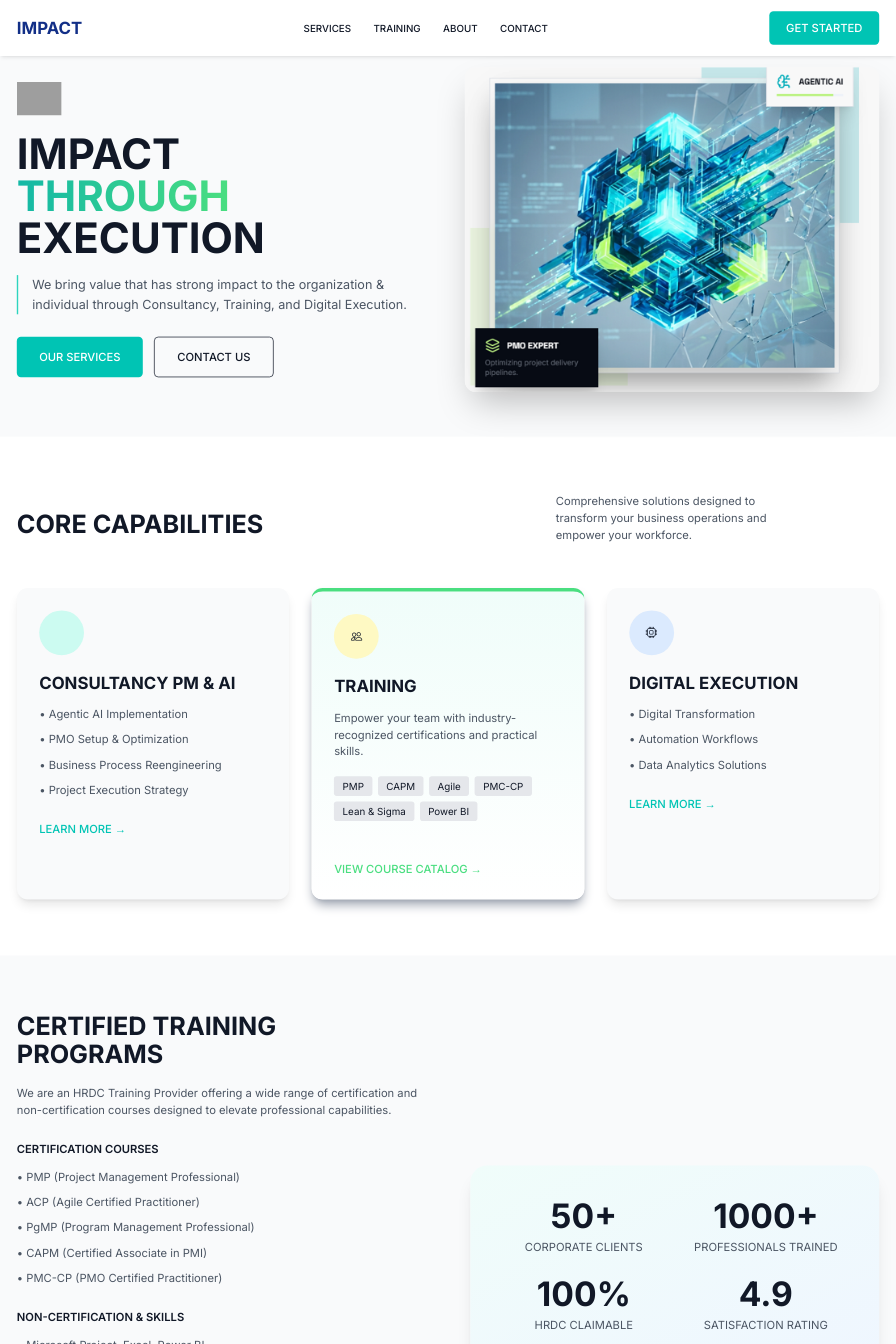
Repository: hsuntariq/web-pages
Page: impact/index.html
The author's editor kept a copy of each file at every save. The page is drawn from the files as they stood at one save, then again after the next save.
The browser window is 1280 px wide. The pictures show the part of the page from y = 0 to 1920 px (the page is 4097 px tall), at 70% of full size.
Pictures or frames that could not be fetched are drawn as grey boxes. Some web libraries are served in a nearby version.

Above is the page before, as saved 2025-12-28 20:29:42.

### impact/index.html
<!DOCTYPE html>
<html lang="en" class="scroll-smooth">
  <head>
    <meta charset="UTF-8" />
    <meta name="viewport" content="width=device-width, initial-scale=1.0" />
    <title>
      Impact Through Execution – HRDC Certified Training Provider Malaysia
    </title>
    <meta
      name="description"
      content="HRDC certified training provider offering PMP, CAPM, Agile, AI in PM, and digital transformation courses in Malaysia. Consultancy, corporate training, and execution solutions."
    />
    <link
      rel="stylesheet"
      href="https://cdn.jsdelivr.net/npm/bootstrap-icons@1.13.1/font/bootstrap-icons.min.css"
    />
    <script src="https://cdn.tailwindcss.com"></script>
    <script>
      tailwind.config = {
        theme: {
          extend: {
            colors: {
              primary: "#00C4B4", // teal for buttons
              accent: "#122F87", // dark blue for accents
            },
          },
        },
      };
    </script>
    <link
      href="https://fonts.googleapis.com/css2?family=Inter:wght@400;500;600;700;800&display=swap"
      rel="stylesheet"
    />
    <style>
      body {
        font-family: "Inter", sans-serif;
      }
    </style>
  </head>
  <body class="bg-white text-gray-900">
    <!-- Navigation -->
    <header class="fixed top-0 left-0 right-0 bg-white shadow-md z-50">
      <nav
        class="max-w-7xl mx-auto px-6 py-4 flex items-center justify-between"
      >
        <div class="text-2xl font-bold text-accent">IMPACT</div>
        <div class="hidden md:flex space-x-8 text-sm font-medium">
          <a href="#services" class="hover:text-primary transition">SERVICES</a>
          <a href="#training" class="hover:text-primary transition">TRAINING</a>
          <a href="#about" class="hover:text-primary transition">ABOUT</a>
          <a href="#contact" class="hover:text-primary transition">CONTACT</a>
        </div>
        <a
          href="#"
          class="bg-primary text-white px-6 py-3 rounded-md font-medium hover:bg-primary/90 transition"
          >GET STARTED</a
        >
      </nav>
    </header>

    <!-- Hero Section -->
    <section class="pt-24 pb-16 bg-gray-50">
      <div
        class="max-w-7xl mx-auto px-6 grid lg:grid-cols-2 gap-12 items-center"
      >
        <div>
          <img
            src="https://precisionwellness.my/wp-content/uploads/2025/06/HRDC_Claimable_Registered_Training_Provider_Logos-scaled.webp"
            alt="HRDC Certified Training Provider"
            class="h-12 mb-6"
          />
          <h1
            class="text-5xl md:text-6xl font-bold text-gray-900 leading-tight"
          >
            IMPACT<br />
            <span
              class="bg-gradient-to-r text-transparent from-teal-500 bg-clip-text to-green-400"
            >
              THROUGH
            </span>
            <br />EXECUTION
          </h1>
          <p
            class="text-lg text-gray-600 border border-l-3 border-teal-400 border-2 border-t-0 border-b-0 border-e-0 ps-5 mt-6 mb-8"
          >
            We bring value that has strong impact to the organization &
            individual through Consultancy, Training, and Digital Execution.
          </p>
          <div class="flex flex-col sm:flex-row gap-4">
            <a
              href="#"
              class="bg-primary text-white px-8 py-4 rounded-md font-medium hover:bg-primary/90 transition"
              >OUR SERVICES</a
            >
            <a
              href="#"
              class="border border-gray-900 text-gray-900 px-8 py-4 rounded-md font-medium hover:bg-gray-900 hover:text-white transition"
              >CONTACT US</a
            >
          </div>
        </div>
        <div class="relative">
          <img
            src="./hero.PNG"
            alt="Agentic AI transforming project management"
            class="rounded-2xl shadow-2xl w-full"
          />
          <!-- <div
            class="absolute top-4 right-4 bg-black text-white px-4 py-2 rounded-md text-sm font-medium"
          >
            AGENTIC AI
          </div> -->
          <!-- <div
            class="absolute bottom-4 left-4 bg-black text-white px-6 py-3 rounded-md font-medium"
          >
            PMO EXPERT<br />Delivering project delivery excellence
          </div> -->
        </div>
      </div>
    </section>

    <!-- Core Capabilities -->
    <section class="py-20 bg-white">
      <div class="max-w-7xl mx-auto px-6">
        <div
          class="grid grid-cols-1 md:grid-cols-2 justify-between items-center"
        >
          <h2 class="text-4xl font-bold text-left mb-12">CORE CAPABILITIES</h2>
          <p class="text-left text-gray-600 mb-16 w-full md:w-1/2 mx-auto">
            Comprehensive solutions designed to transform your business
            operations and empower your workforce.
          </p>
        </div>
        <div class="grid grid-cols-1 md:grid-cols-3 gap-8">
          <!-- Consultancy PM & AI -->
          <div class="bg-gray-50 rounded-2xl p-8 shadow-lg">
            <div class="bg-teal-100 w-16 h-16 rounded-full mb-6"></div>
            <h3 class="text-2xl font-bold mb-4">CONSULTANCY PM & AI</h3>
            <ul class="space-y-3 text-gray-600">
              <li>• Agentic AI Implementation</li>
              <li>• PMO Setup & Optimization</li>
              <li>• Business Process Reengineering</li>
              <li>• Project Execution Strategy</li>
            </ul>
            <a
              href="#"
              class="mt-8 inline-block text-primary font-medium hover:underline"
              >LEARN MORE →</a
            >
          </div>
          <!-- Training -->
          <div
            class="bg-gradient-to-b from-teal-50 to-white rounded-2xl shadow-2xl shadow-gray-400 border-e-0 border-s-0 border-b-0 border-[5px] p-8 shadow-lg border border-green-400"
          >
            <div
              class="bg-yellow-100 w-16 flex justify-center items-center h-16 rounded-full mb-6"
            >
              <i class="bi bi-people"></i>
            </div>
            <h3 class="text-2xl font-bold mb-4">TRAINING</h3>
            <p class="text-gray-600 mb-6">
              Empower your team with industry-recognized certifications and
              practical skills.
            </p>
            <div class="flex flex-wrap gap-2 mb-6">
              <span class="bg-gray-200 px-3 py-1 rounded text-sm">PMP</span>
              <span class="bg-gray-200 px-3 py-1 rounded text-sm">CAPM</span>
              <span class="bg-gray-200 px-3 py-1 rounded text-sm">Agile</span>
              <span class="bg-gray-200 px-3 py-1 rounded text-sm">PMC-CP</span>
              <span class="bg-gray-200 px-3 py-1 rounded text-sm"
                >Lean & Sigma</span
              >
              <span class="bg-gray-200 px-3 py-1 rounded text-sm"
                >Power BI</span
              >
            </div>
            <a
              href="#"
              class="mt-8 inline-block text-green-400 font-medium hover:underline"
              >VIEW COURSE CATALOG →</a
            >
          </div>
          <!-- Digital Execution -->
          <div class="bg-gray-50 rounded-2xl p-8 shadow-lg">
            <div
              class="bg-blue-100 w-16 flex justify-center items-center h-16 rounded-full mb-6"
            >
              <i class="bi bi-cpu"></i>
            </div>
            <h3 class="text-2xl font-bold mb-4">DIGITAL EXECUTION</h3>
            <ul class="space-y-3 text-gray-600">
              <li>• Digital Transformation</li>
              <li>• Automation Workflows</li>
              <li>• Data Analytics Solutions</li>
            </ul>
            <a
              href="#"
              class="mt-8 inline-block text-primary font-medium hover:underline"
              >LEARN MORE →</a
            >
          </div>
        </div>
      </div>
    </section>

    <!-- Certified Training Programs -->
    <section class="py-20 bg-gray-50">
      <div
        class="max-w-7xl mx-auto px-6 grid lg:grid-cols-2 gap-16 items-center"
      >
        <div>
          <h2 class="text-4xl font-bold mb-6">CERTIFIED TRAINING PROGRAMS</h2>
          <p class="text-gray-600 mb-8">
            We are an HRDC Training Provider offering a wide range of
            certification and non-certification courses designed to elevate
            professional capabilities.
          </p>
          <div class="space-y-8">
            <div>
              <h4 class="font-semibold mb-4">CERTIFICATION COURSES</h4>
              <ul class="space-y-3 text-gray-600">
                <li>• PMP (Project Management Professional)</li>
                <li>• ACP (Agile Certified Practitioner)</li>
                <li>• PgMP (Program Management Professional)</li>
                <li>• CAPM (Certified Associate in PMI)</li>
                <li>• PMC-CP (PMO Certified Practitioner)</li>
              </ul>
            </div>
            <div>
              <h4 class="font-semibold mb-4">NON-CERTIFICATION & SKILLS</h4>
              <ul class="space-y-3 text-gray-600">
                <li>• Microsoft Project, Excel, Power BI</li>
                <li>• Critical Thinking</li>
                <li>• Agile Methodologies</li>
                <li>• JIRA Administration</li>
                <li>• PMI Essential</li>
                <li>• AI + Agentic AI Automation</li>
                <li>• Lean & Sigma</li>
              </ul>
            </div>
            <a
              href="#"
              class="bg-gray-900 text-white px-8 py-4 rounded-md font-medium hover:bg-gray-800 transition"
              >DOWNLOAD COURSE BROCHURE</a
            >
          </div>
        </div>
        <div
          class="bg-gradient-to-br from-teal-50 to-blue-50 rounded-3xl p-12 shadow-xl"
        >
          <div class="grid grid-cols-2 gap-8 text-center">
            <div>
              <div class="text-5xl font-bold text-gray-900">50+</div>
              <p class="text-gray-600 mt-2">CORPORATE CLIENTS</p>
            </div>
            <div>
              <div class="text-5xl font-bold text-gray-900">1000+</div>
              <p class="text-gray-600 mt-2">PROFESSIONALS TRAINED</p>
            </div>
            <div>
              <div class="text-5xl font-bold text-gray-900">100%</div>
              <p class="text-gray-600 mt-2">HRDC CLAIMABLE</p>
            </div>
            <div>
              <div class="text-5xl font-bold text-gray-900">4.9</div>
              <p class="text-gray-600 mt-2">SATISFACTION RATING</p>
            </div>
          </div>
        </div>
      </div>
    </section>

    <!-- Upcoming Classes -->
    <section class="py-16 bg-black text-white text-center">
      <div class="max-w-7xl mx-auto px-6">
        <h2 class="text-4xl font-bold mb-4">UPCOMING CLASSES</h2>
        <p class="text-lg mb-10">
          Ready to level up? Check out our schedule for the latest PMP, Agile,
          and AI workshops.
        </p>
        <a
          href="#"
          class="bg-primary text-white px-10 py-5 rounded-md text-lg font-medium hover:bg-primary/90 transition inline-block"
          >VIEW CLASS SCHEDULE →</a
        >
      </div>
    </section>

    <!-- Double Impact Advantage -->
    <section class="py-20 bg-white">
      <div class="max-w-7xl mx-auto px-6">
        <h2 class="text-4xl font-bold text-center mb-12">
          THE DOUBLE IMPACT ADVANTAGE
        </h2>
        <p class="text-center text-gray-600 mb-16 max-w-3xl mx-auto">
          We don’t just teach; we ensure transformation. Our unique methodology
          guarantees results for both the individual and the organization.
        </p>
        <div class="grid lg:grid-cols-2 gap-12 items-center">
          <div class="space-y-12">
            <div class="flex gap-6">
              <div
                class="bg-teal-100 w-16 h-16 rounded-full flex-shrink-0"
              ></div>
              <div>
                <h4 class="font-bold text-xl">AI STUDY COMPANION</h4>
                <p class="text-gray-600">
                  Learning doesn’t stop when the class ends. Our Custom AI tutor
                  helps students study after sessions, reinforcing concepts and
                  answering questions 24/7.
                </p>
              </div>
            </div>
            <div class="flex gap-6">
              <div
                class="bg-teal-100 w-16 h-16 rounded-full flex-shrink-0"
              ></div>
              <div>
                <h4 class="font-bold text-xl">POST-CLASS COACHING</h4>
                <p class="text-gray-600">
                  We provide dedicated coaching sessions to ensure knowledge is
                  applied correctly in the real world, maximizing the ROI for
                  the organization.
                </p>
              </div>
            </div>
            <div class="flex gap-6">
              <div
                class="bg-teal-100 w-16 h-16 rounded-full flex-shrink-0"
              ></div>
              <div>
                <h4 class="font-bold text-xl">DOUBLE THE IMPACT</h4>
                <p class="text-gray-600">
                  By combining cutting-edge tech with human mentorship, we
                  deliver exponential growth. Better skills for the employee,
                  better results for the company.
                </p>
              </div>
            </div>
          </div>
          <div class="relative">
            <div class="bg-gray-900 rounded-3xl p-12 shadow-2xl text-white">
              <div class="flex justify-between items-start mb-8">
                <div class="text-4xl font-bold">100% Success</div>
                <div class="text-yellow-400">★★★★★</div>
              </div>
              <p class="text-2xl font-bold mb-6">PMP Certificate Holder Rate</p>
              <blockquote class="text-lg italic mb-8">
                “I was worried about the PMP exam, but the AI tutor made it a
                breeze! It was actually... fun?”
              </blockquote>
              <p class="font-medium">— John S.</p>
              <blockquote class="text-lg italic mt-8 mb-8">
                “The only thing agile about me before this was how fast I ran
                away from spreadsheets. Now I'm a pro!”
              </blockquote>
              <p class="font-medium">— Amanda L.</p>
              <a
                href="#"
                class="mt-10 inline-block text-primary font-medium hover:underline"
                >SEE MORE SUCCESS STORIES →</a
              >
            </div>
          </div>
        </div>
      </div>
    </section>

    <!-- CTA -->
    <section
      class="py-20"
      style="
        background-image: url('https://thumbs.dreamstime.com/b/creative-glowing-blue-forex-chart-wallpaper-grid-invest-finance-concept-stock-market-chart-business-graph-background-159151545.jpg');
        background-size: cover;
        background-position: center;
      "
    >
      <div class="max-w-7xl mx-auto px-6 text-center text-white">
        <h2 class="text-5xl font-bold mb-6">READY TO MAKE AN IMPACT?</h2>
        <p class="text-xl mb-12">
          Let’s discuss how our consultancy and training solutions can drive
          your organization forward.
        </p>
        <div class="flex flex-col sm:flex-row gap-6 justify-center">
          <a
            href="#"
            class="bg-primary text-white px-10 py-5 rounded-md text-lg font-medium hover:bg-primary/90 transition"
            >GET IN TOUCH</a
          >
          <a
            href="#"
            class="border-2 border-white text-white px-10 py-5 rounded-md text-lg font-medium hover:bg-white hover:text-black transition"
            >VIEW CASE STUDIES</a
          >
        </div>
      </div>
    </section>

    <!-- Footer -->
    <footer class="bg-black text-white py-12">
      <div class="max-w-7xl mx-auto px-6 grid md:grid-cols-4 gap-8">
        <div>
          <div class="text-3xl font-bold mb-4">IMPACT</div>
          <p class="text-sm text-gray-400">
            We bring value that has strong impact to the organization &
            individual through Consultancy, Training, and Digital Execution.
          </p>
        </div>
        <div>
          <h4 class="font-bold mb-4">SERVICES</h4>
          <ul class="space-y-2 text-sm text-gray-400">
            <li>Consultancy PM & AI</li>
            <li>Corporate Training</li>
            <li>Digital Execution</li>
            <li>Business Process Reengineering</li>
          </ul>
        </div>
        <div>
          <h4 class="font-bold mb-4">COMPANY</h4>
          <ul class="space-y-2 text-sm text-gray-400">
            <li>About Us</li>
            <li>Contact</li>
            <li>Careers</li>
            <li>Privacy Policy</li>
          </ul>
        </div>
        <div class="text-right">
          <p class="text-sm text-gray-400">
            © 2025 Impact. All rights reserved.
          </p>
          <p class="text-xs text-gray-500 mt-4">
            HRDC Training Provider Certified
          </p>
        </div>
      </div>
    </footer>
  </body>
</html>

After the next save:
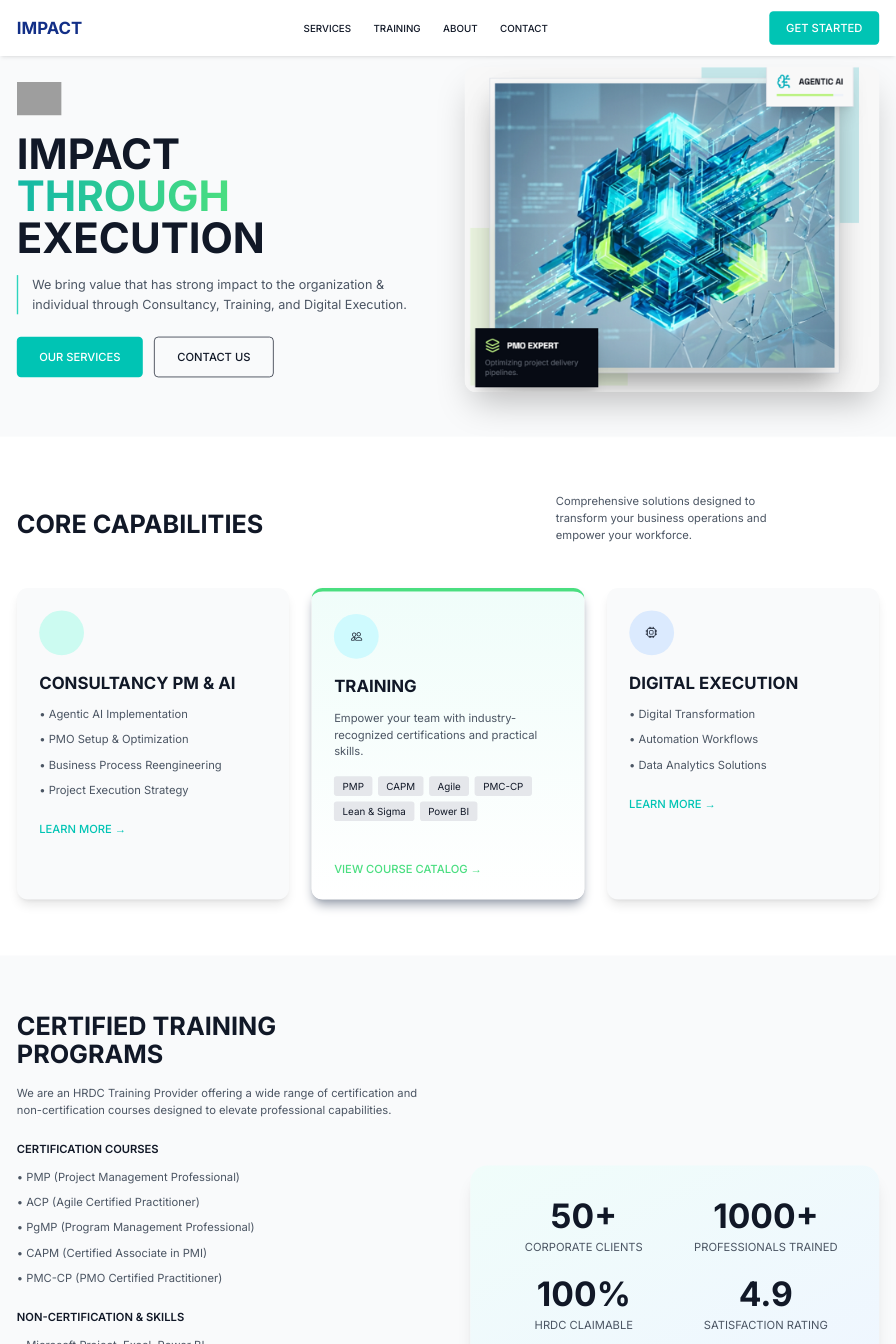
Saved 4 s later.
--- a/impact/index.html
+++ b/impact/index.html
@@ -153,7 +153,7 @@
             class="bg-gradient-to-b from-teal-50 to-white rounded-2xl shadow-2xl shadow-gray-400 border-e-0 border-s-0 border-b-0 border-[5px] p-8 shadow-lg border border-green-400"
           >
             <div
-              class="bg-yellow-100 w-16 flex justify-center items-center h-16 rounded-full mb-6"
+              class="bg-cyan-100 w-16 flex justify-center items-center h-16 rounded-full mb-6"
             >
               <i class="bi bi-people"></i>
             </div>
